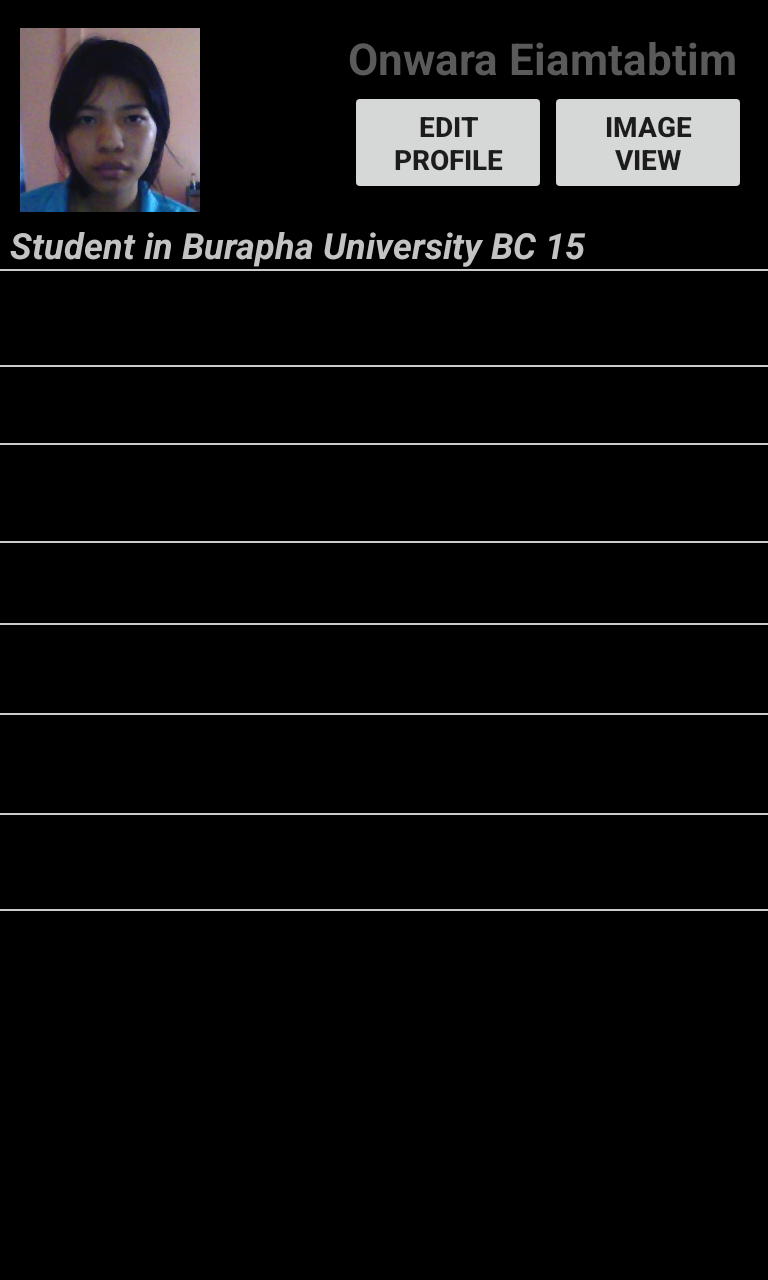
Repository: Android55410599/PROFILE
Layout: Resume_55410559/res/layout/activity_main.xml
The author's editor kept a copy of each file at every save. The layout is drawn from the files as they stood at one save, then again after the next save.
It is drawn on a 768 x 1280 px phone screen (xhdpi) without system bars, with theme AppTheme; the app's code is not run.

Above is the layout before, as saved 2014-09-03 13:55:13.

After the next save:
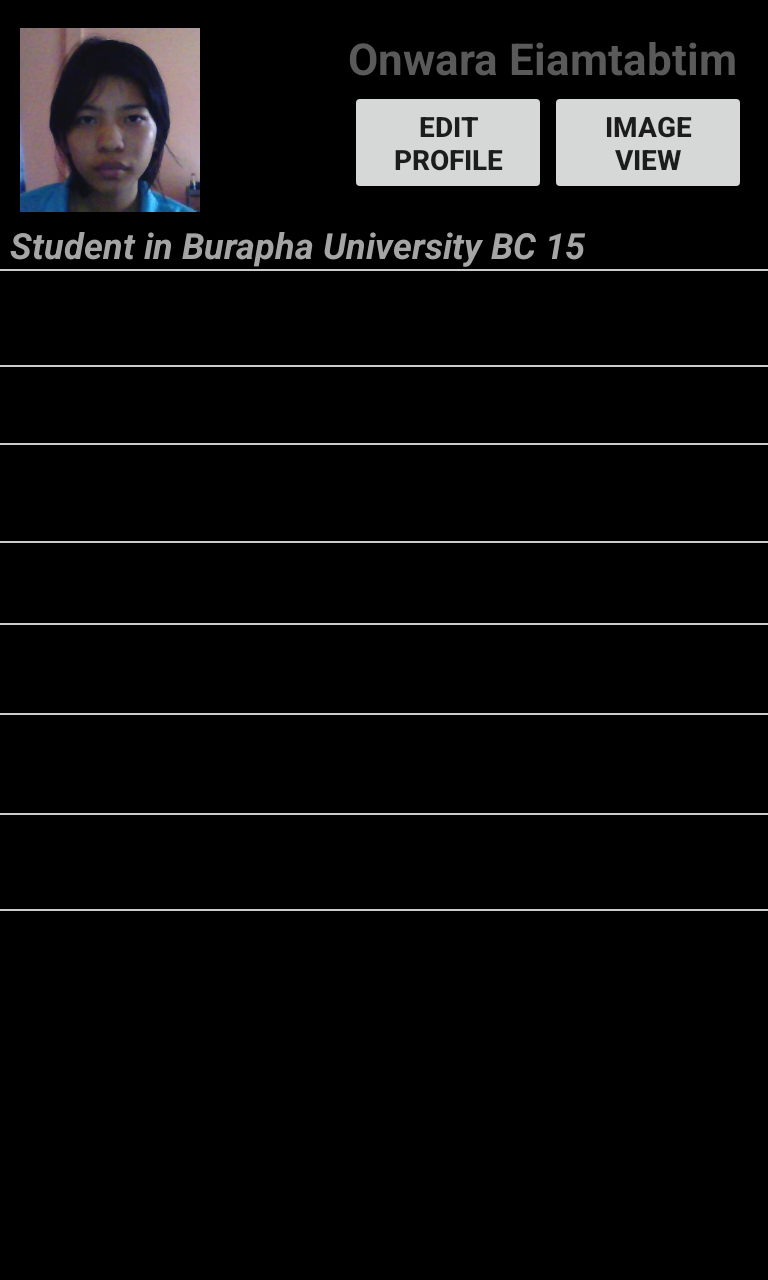
Saved 14 s later.
--- a/Resume_55410559/res/layout/activity_main.xml
+++ b/Resume_55410559/res/layout/activity_main.xml
@@ -71,7 +71,7 @@
             android:layout_marginLeft="5dp"
             android:text="Student in Burapha University BC 15"
             android:textAppearance="?android:attr/textAppearanceMedium"
-            android:textColor="#C3C3C3"
+            android:textColor="#A5A5A5"
             android:textStyle="bold|italic" />
 
     </LinearLayout>
